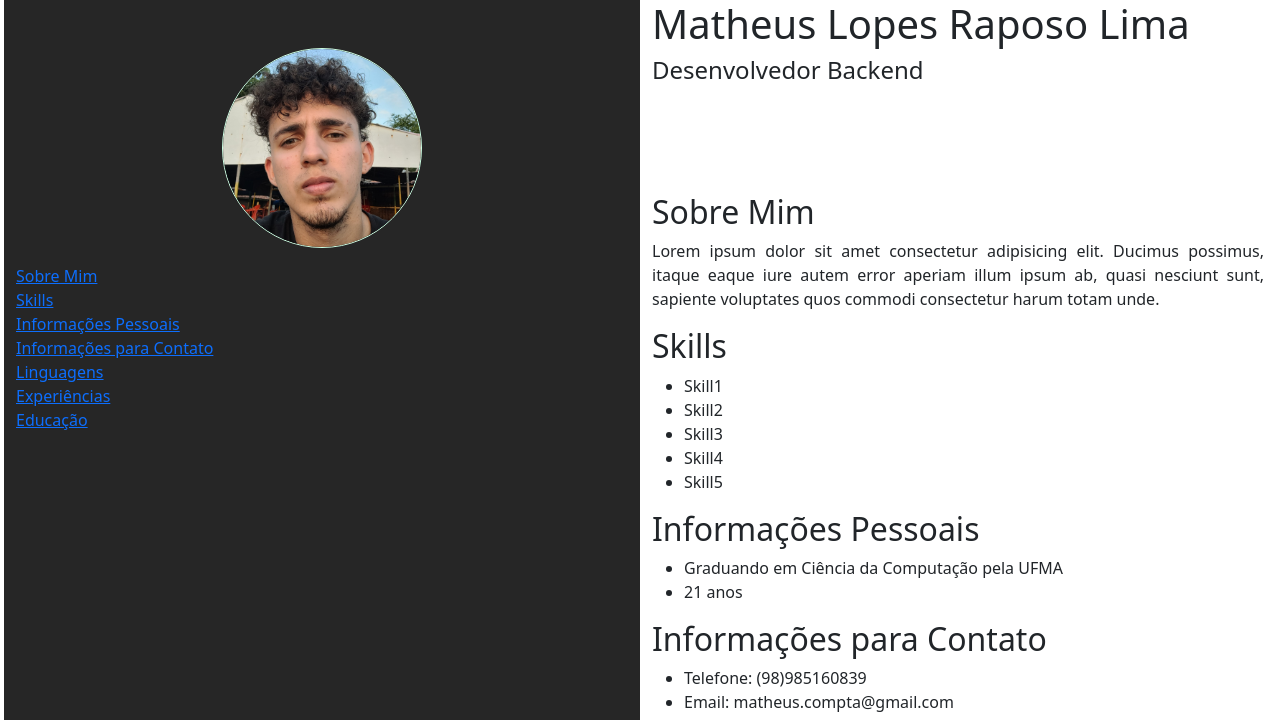
Repository: MaatheusRaposo/Curriculo_Web
Page: index.html
These files come from the project's save history. The page is drawn as it stood at one moment and after the next save; the edit follows.
The browser window is 1280 px wide. The pictures show the whole page.
An inner scrolling area shows only its first screen.

Above is the page before, as saved 2026-05-28 01:46:49.

### index.html
<!DOCTYPE html>
<html lang="en">
<head>
    <meta charset="UTF-8">
    <meta name="viewport" content="width=device-width, initial-scale=1.0">
    <title>Curriculo Matheus Raposo</title>
    <link href="https://cdn.jsdelivr.net/npm/bootstrap@5.3.8/dist/css/bootstrap.min.css" rel="stylesheet" integrity="sha384-sRIl4kxILFvY47J16cr9ZwB07vP4J8+LH7qKQnuqkuIAvNWLzeN8tE5YBujZqJLB" crossorigin="anonymous">
    <link rel="stylesheet" href="assets/css/style.css">
</head>
<body>
    <div class="container-fluid px-3">
        <div class="row">
            <div class="col text-light d-flex flex-column" id="coluna-esquerda">
                <div class="d-flex justify-content-center align-items-center pt-5">
                    <img class="foto-perfil position-relative mb-3" src="assets/images/20230725_175129.jpg" alt="">
                </div>
                <div>
                    <a href="#sobreMim">Sobre Mim</a> <br>
                    <a href="#Skills">Skills</a> <br>
                    <a href="#infoPessoal">Informações Pessoais</a> <br>
                    <a href="#infoCtt">Informações para Contato</a> <br>
                    <a href="#linguagens">Linguagens</a> <br>
                    <a href="#exps">Experiências</a> <br>
                    <a href="#edu">Educação</a> <br>
                </div>
            </div>
            <div class="col d-flex flex-column" id="coluna-direita">
                <section>
                    <h1>Matheus Lopes Raposo Lima</h1>
                    <h4>Desenvolvedor Backend</h4>
                </section>
                <div class="d-flex justify-content-center flex-column mt-3 espacamento-classes">
                    <section id="sobreMim">
                        <h2>Sobre Mim</h2>
                        <p>Lorem ipsum dolor sit amet consectetur adipisicing elit. Ducimus possimus, itaque eaque iure autem error aperiam illum ipsum ab, quasi nesciunt sunt, sapiente voluptates quos commodi consectetur harum totam unde.</p>
                    </section>
                    <section  id="Skills">
                        <h2>Skills</h2>
                        <ul>
                            <li>Skill1</li>
                            <li>Skill2</li>
                            <li>Skill3</li>
                            <li>Skill4</li>
                            <li>Skill5</li>
                        </ul>
                    </section>
                    <section id="infoPessoal">
                        <h2>Informações Pessoais</h2>
                        <ul>
                            <li>Graduando em Ciência da Computação pela UFMA</li>
                            <li>21 anos</li>
                        </ul>
                    </section>
                    <section id="infoCtt">
                        <h2>Informações para Contato</h2>
                        <ul>
                            <li>Telefone: (98)985160839</li>
                            <li>Email: matheus.compta@gmail.com</li>
                            <li>Rua seis 30, Vila Sarney Filho I, São José de Ribamar - MA</li>
                        </ul>
                    </section>
                    <section id="linguagens">
                        <h2>Linguagens</h2>
                        <ul>
                            <li>Português</li>
                            <li>Inglês</li>
                        </ul>
                    </section>
                    <section id="exps">
                        <h2>Experiências</h2>
                        <section>
                            <h4>Experiência1</h4>
                            <p>Lorem ipsum dolor sit amet consectetur adipisicing elit. Quo fugit assumenda ipsum veritatis cupiditate illum, dolore iure ad eligendi odio aliquam ipsam molestias mollitia quos, eveniet rem natus, sequi omnis?</p>
                        </section>
                        <section>
                            <h4>Experiencia2</h4>
                            <p>Lorem ipsum dolor, sit amet consectetur adipisicing elit. Pariatur soluta doloribus beatae illum atque, nemo a? Distinctio obcaecati nulla totam! Vero facilis dolorem nobis, asperiores laborum in sed unde nisi.</p>
                        </section>
                        <section>
                            <h4>Experiencia3</h4>
                            <p>Lorem ipsum dolor sit amet consectetur adipisicing elit. Accusantium, error inventore porro iste vero eaque eum exercitationem perferendis. Alias voluptatum officiis, qui fugiat explicabo sed consequatur perspiciatis atque suscipit error.</p>
                        </section>
                    </section>
                    <section id="edu">
                        <h2>Educação</h2>
                        <section>
                            <h4>Formação1</h4>
                        </section>
                        <section>
                            <h4>Formação2</h4>
                        </section>
                    </section>
                </div>
            </div>
        </div>
    </div>

    <script src="https://cdn.jsdelivr.net/npm/bootstrap@5.3.8/dist/js/bootstrap.bundle.min.js" integrity="sha384-FKyoEForCGlyvwx9Hj09JcYn3nv7wiPVlz7YYwJrWVcXK/BmnVDxM+D2scQbITxI" crossorigin="anonymous"></script>
    <script src="app.js"></script>
    <noscript>Voce precisa tivar o JavaScript para ver o curriculo perfeitamente</noscript>
</body>
</html>

### assets/css/style.css
.foto-perfil {
    width: 200px;
    height: 200px;
    border: 1px solid #CEFFE4;
    border-radius: 50%;
    object-fit: cover;
}

#coluna-esquerda {
    background-color: #262626;
}

#coluna-direita {
    overflow-y: auto;
    scroll-behavior: smooth;
    height: 100vh;
}

@media screen and (min-width: 768px) {
    .espacamento-classes {
        margin-top: 100px !important;
    }
}

.espacamento-classes {
    text-align: justify;
}

Loaded but not shown: app.js (no stored copy; drawn as an empty file)

After the next save:
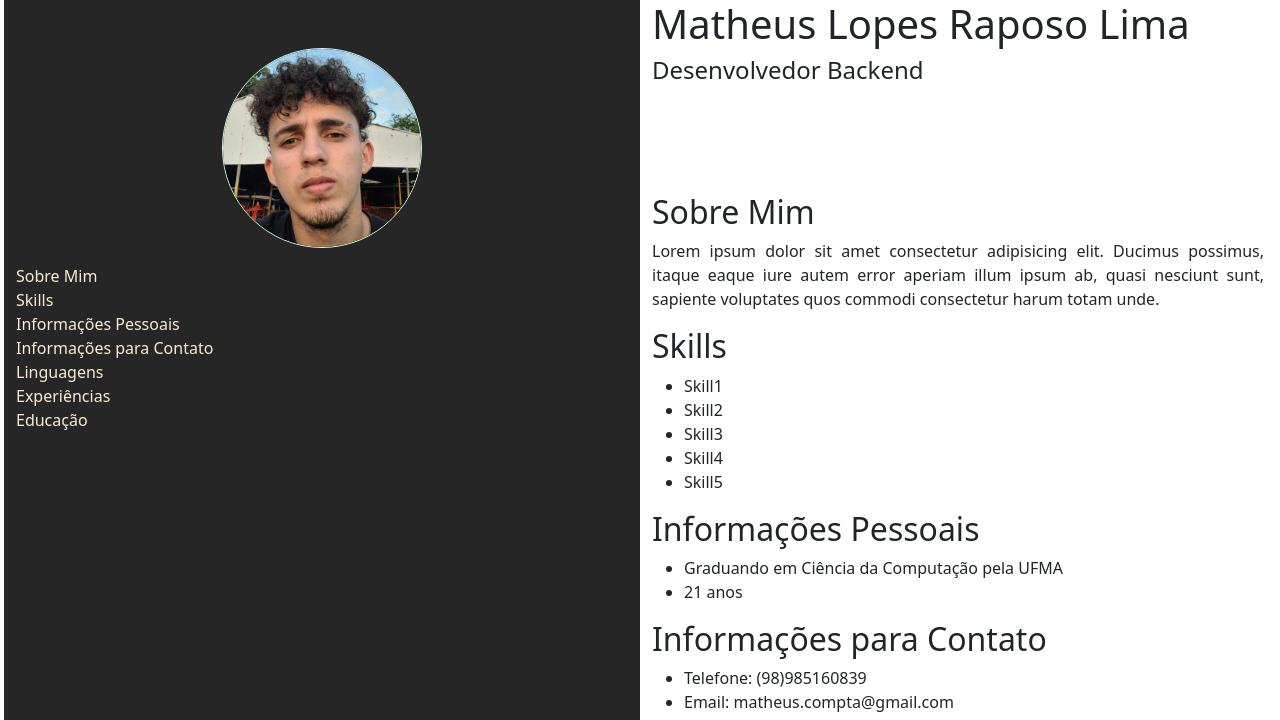
Saved 3 min 32 s later.
--- a/assets/css/style.css
+++ b/assets/css/style.css
@@ -16,6 +16,11 @@
     height: 100vh;
 }
 
+a {
+    text-decoration: none;
+    color: antiquewhite;
+}
+
 @media screen and (min-width: 768px) {
     .espacamento-classes {
         margin-top: 100px !important;
